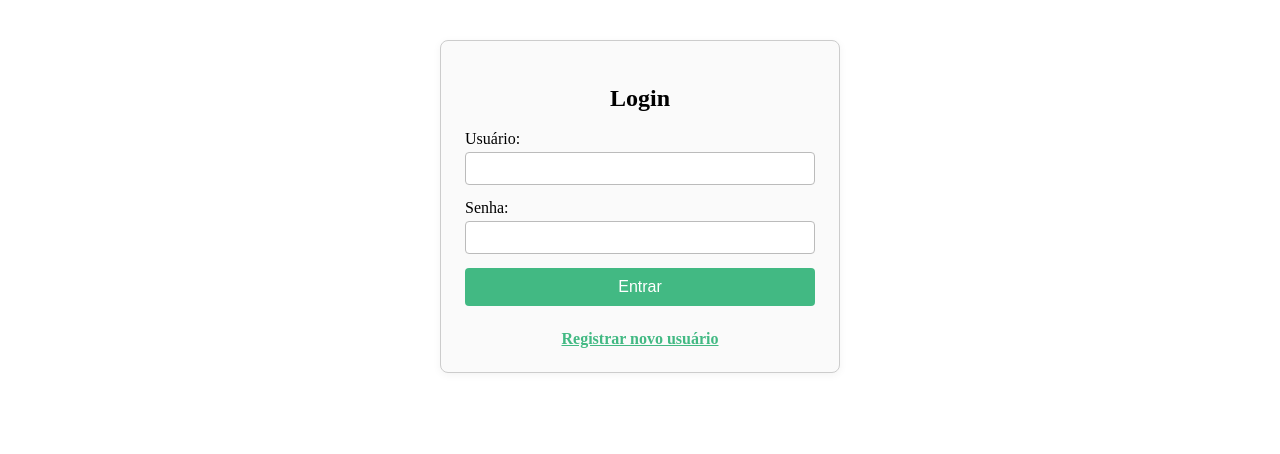
Repository: MuriloColleti/Project-vue
Page: /login
The author's editor kept a copy of each file at every save. The page is drawn from the files as they stood at one save, then again after the next save.
The browser window is 1280 px wide. The pictures show the whole page.
The project was rebuilt for these pictures with package versions that can differ from the ones it lists, and the page was loaded fresh each time. Also part of the build but not shown: vite.config.js, src/pages/Home.vue, src/pages/Register.vue.

Above is the page before, as saved 2025-09-20 17:13:52.

After the next save:
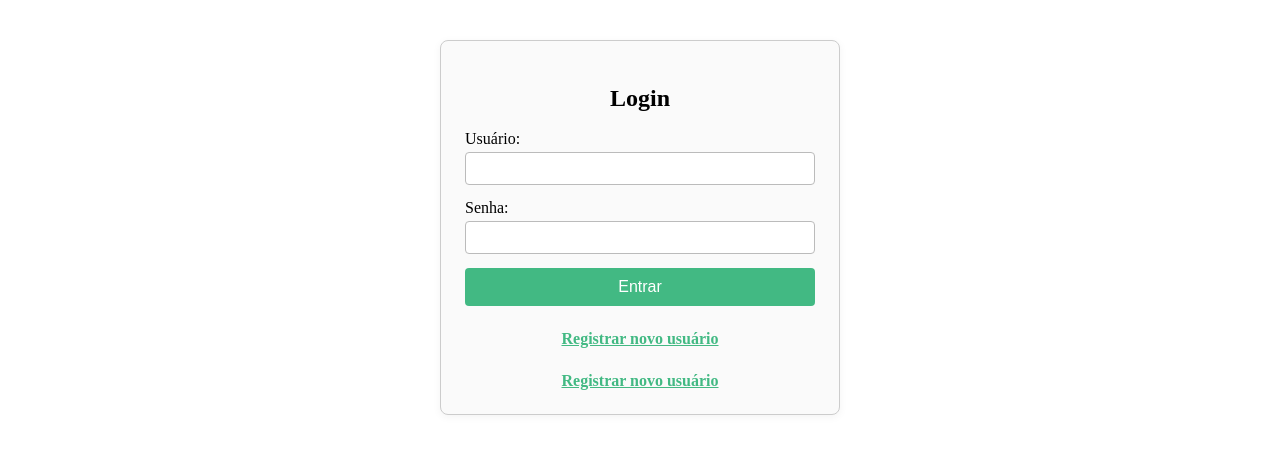
Saved 49 s later.
--- a/src/pages/Login.vue
+++ b/src/pages/Login.vue
@@ -13,7 +13,7 @@
       <button type="submit">Entrar</button>
     </form>
     <p v-if="error" class="error">{{ error }}</p>
-    <router-link to="/register" class="register-link">Registrar novo usuário</router-link>
+    <router-link to="/register" class="register-link">Registrar novo usuário</router-link> <router-link to="/register" class="register-link">Registrar novo usuário</router-link>
   </div>
 </template>
 

After the 2 saves that followed:
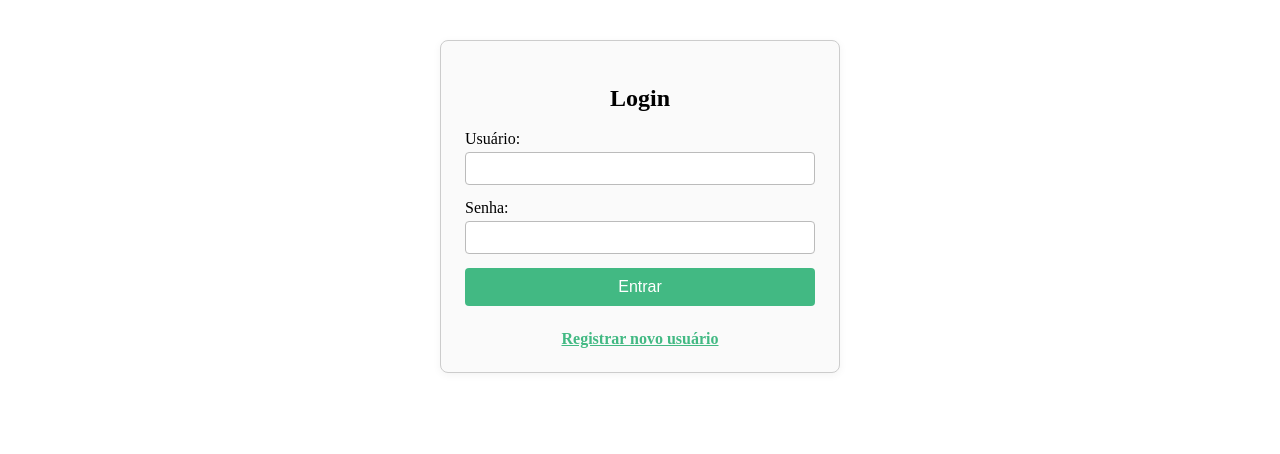
The 2 saves are shown as one change because they came seconds apart.
The last was saved 8 s later.
--- a/src/pages/Login.vue
+++ b/src/pages/Login.vue
@@ -13,7 +13,7 @@
       <button type="submit">Entrar</button>
     </form>
     <p v-if="error" class="error">{{ error }}</p>
-    <router-link to="/register" class="register-link">Registrar novo usuário</router-link> <router-link to="/register" class="register-link">Registrar novo usuário</router-link>
+    <router-link to="/register" class="register-link">Registrar novo usuário</router-link>
   </div>
 </template>
 
@@ -35,7 +35,9 @@
 
 function handleLogin() {
   const users = getUsers()
-  const found = users.find((u) => u.username === username.value && u.password === password.value)
+  const found = users.find(
+    u => u.username === username.value && u.password === password.value
+  )
   if (found) {
     error.value = ''
     alert('Login realizado com sucesso!')
